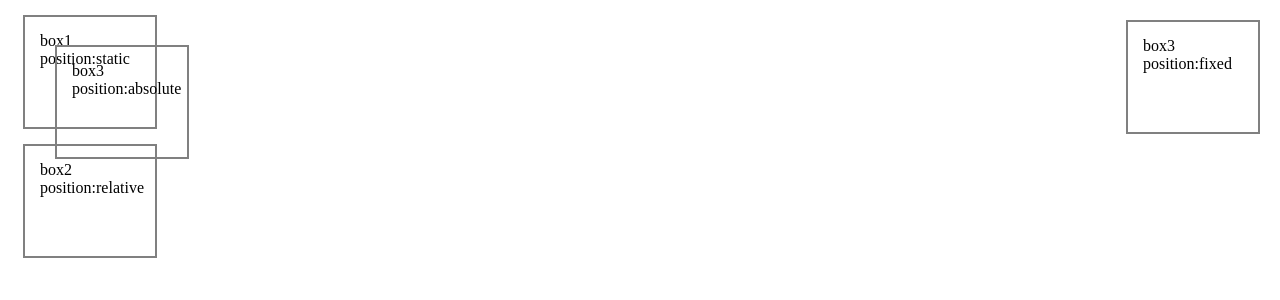
Repository: yeonddu/green_css
Page: web/pro01/songyeonsu/layout2.html
An editor plug-in stored every save of this project. The page is shown before and after the next save, followed by the edit.
The browser window is 1280 px wide. The pictures show the whole page.

Above is the page before, as saved 2022-12-13 08:10:10.

After the next save:
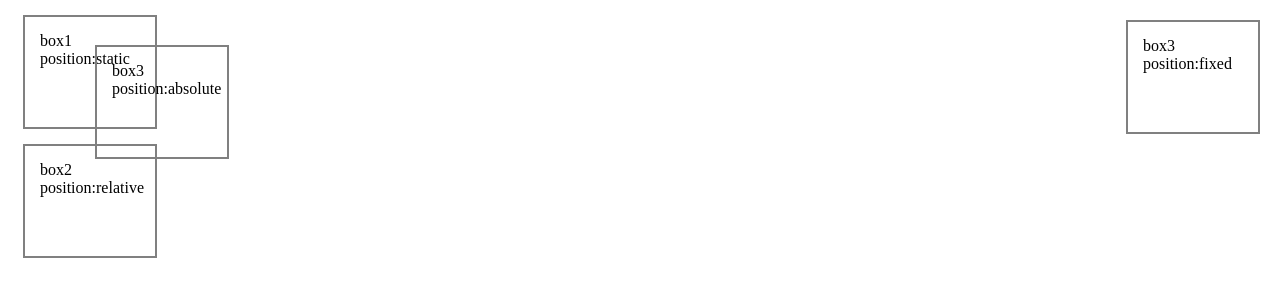
Saved 4 s later.
--- a/web/pro01/songyeonsu/layout2.html
+++ b/web/pro01/songyeonsu/layout2.html
@@ -21,7 +21,7 @@
 	}
 	.box3 {
 		position:absolute;
-		left:40px;
+		left:80px;
 		top:30px;
 	}
 	.box4 {
